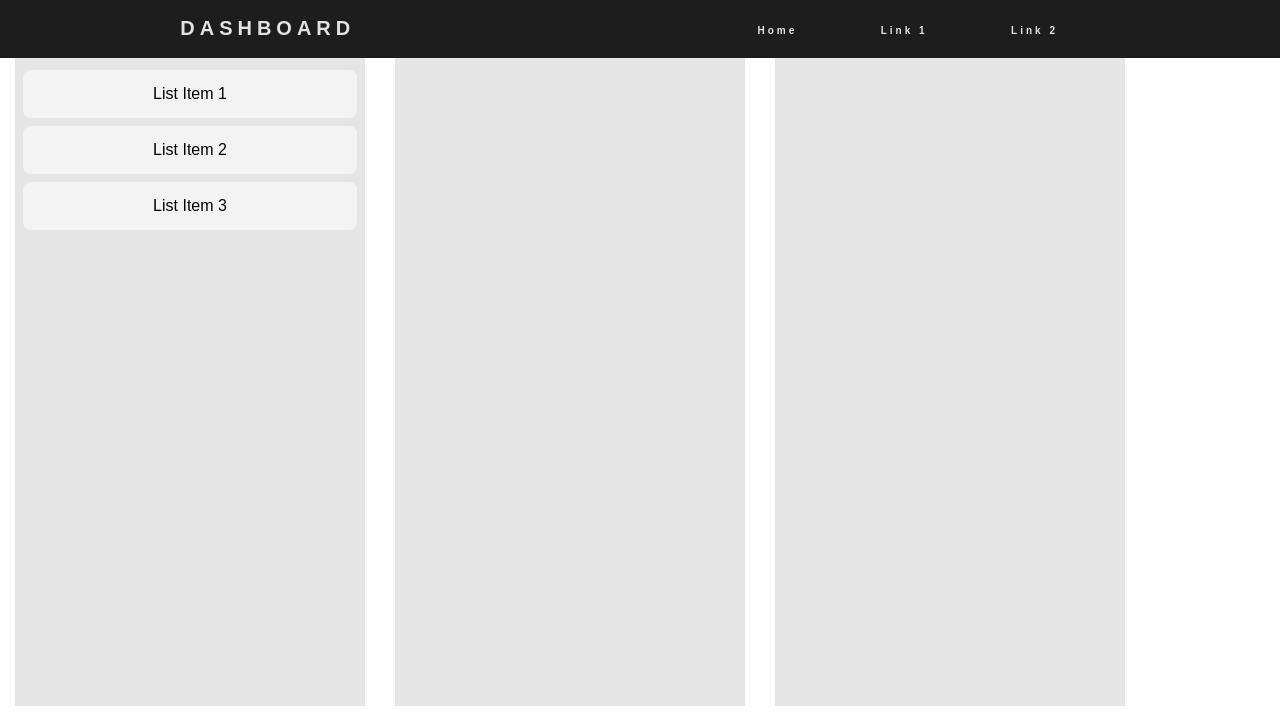
Repository: nourabdelhakam/drag-drop
Page: index.html
The author's editor kept a copy of each file at every save. The page is drawn from the files as they stood at one save, then again after the next save.
The browser window is 1280 px wide. The pictures show the whole page.

Above is the page before, as saved 2020-07-03 07:49:20.

### index.html
<!DOCTYPE html>
<html lang="en">
<head>
    <meta charset="UTF-8">
    <meta name="viewport" content="width=device-width, initial-scale=1.0">
    <meta http-equiv="X-UA-Compatible" content="ie=edge">
    <title>Drag & Drop</title>
    <link rel="stylesheet" href="nav/nav.css">
    <link rel="stylesheet" href="css/main.css">
</head>
<body>

    <!-- <nav> -->
        <nav>
            <div class="logo">
                <h4>Dashboard</h4>
            </div>
            <ul class="nav-links">
                <li><a href="">Home</a></li>
                <li><a href="">Link 1</a></li>
                <li><a href="">Link 2</a></li>
            </ul>
            <div class="burger">
                <div class="line1"></div>
                <div class="line2"></div>
                <div class="line3"></div>
            </div>
        </nav>
      <!-- </nav> end of nav -->

      <div class="container">
          <div class="lists">
              <div class="list">
                  <div class="list-item" draggable="true">List Item 1</div>
                  <div class="list-item" draggable="true">List Item 2</div>
                  <div class="list-item" draggable="true">List Item 3</div>
              </div>
              <div class="list"></div>
              <div class="list"></div>
          </div>
      </div>


    <script src="main.js" type="text/javascript"></script>
    <script src="nav/nav.js" type="text/javascript"></script>
</body>
</html>

### nav/nav.css
nav {
    display: flex;
    justify-content: space-around;
    align-items: center;
    min-height: 8vh;
    background-color: #1D1D1D;
    font-family: "Poppins", sans-serif;
}
.logo {
    color: rgb(226, 226, 226);
    text-transform: uppercase;
    letter-spacing: 5px;
    font-size: 20px;
}
.nav-links {
    display: flex;
    justify-content: space-around;
    width: 30%;
}
.nav-links li {
    list-style: none;
}
.nav-links a {
    color: rgb(226, 226, 226);
    text-decoration: none;
    letter-spacing: 3px;
    font-weight: bold;
    font-size: 10px;
}
.burger {
    display: none;
    cursor: pointer;
}
.burger div {
    width: 25px;
    height: 3px;
    background-color: rgb(226, 226, 226);
    margin: 5px;
    transition: all 0.3s ease;
}


@media screen and (max-width:1024px) {
    .nav-links {
        width: 60%;
    }
}

@media screen and (max-width:768px) {

    body {
        overflow-x: hidden;
    }
    .nav-links {
        position: absolute;
        right: 0px;
        height: 92vh;
        top: 8vh;
        background-color: #1D1D1D;
        display: flex;
        flex-direction: column;
        align-items: center;
        width: 50%;
        transform: translatex(100%);
        transition: transform 0.5s ease-in;
    }
    .nav-links li {
        opacity: 0;
    }
    .burger {
        display: block;
    }
}

.nav-active {
    transform: translatex(0%);
}

@keyframes navLinkFade {
    from {
        opacity: 0;
        transform: translatex(50%);
    }
    to {
        opacity: 1;
        transform: translatex(0%);
    }
}

.toggle .line1 {
    transform: rotate(-45deg) translate(-5px, 6px);
}
.toggle .line2 {
    opacity: 0;
}
.toggle .line3 {
    transform: rotate(45deg) translate(-5px, -6px);
}

.landing {
    height: 90vh;
    display: flex;
    justify-content: center;
    align-items: center;
}
.landing h1 {
    margin: 100px;
    font-size: 50px;
    color: #ae5fce;
}

### css/main.css
* {
    margin: 0;
    padding: 0;
    box-sizing: border-box;
}
body {
    font-family: Arial, Helvetica, sans-serif;
}
.container {
    display: flex;
    flex-flow: column;
    width: 90vw;
    height: 90vh;
}
.lists {
    display: flex;
    flex: 1;
    width: 100%;
    /* overflow: scroll; */
}
.lists .list {
    display: flex;
    flex-flow: column;
    flex: 1;

    width: 100%;
    min-width: 250px;
    max-width: 350px;
    height: 100%;
    min-height: 150px;

    background-color: rgba(0, 0, 0, 0.1);
    margin: 0 15px;
    padding: 8px;
    transition: all 0.2s linear;
}
.lists .list .list-item {
    background-color: #F3F3F3;
    border-radius: 8px;
    padding: 15px 20px;
    text-align: center;
    margin: 4px 0;
}

### main.js
const list_items = document.querySelectorAll('.list-item');
const lists = document.querySelectorAll('.list');

let draggedItem = null;

for (let i = 0; i < list_items.length; i++) {
	const item = list_items[i];

	item.addEventListener('dragstart', function () {
		draggedItem = item;
		setTimeout(function () {
			item.style.display = 'none';
		}, 0)
	});

	item.addEventListener('dragend', function () {
		setTimeout(function () {
			draggedItem.style.display = 'block';
			draggedItem = null;
		}, 0);
	})

	for (let j = 0; j < lists.length; j ++) {
		const list = lists[j];

		list.addEventListener('dragover', function (e) {
			e.preventDefault();
		});

		list.addEventListener('dragenter', function (e) {
			e.preventDefault();
			this.style.backgroundColor = 'rgba(0, 0, 0, 0.2)';
		});

		list.addEventListener('dragleave', function (e) {
			this.style.backgroundColor = 'rgba(0, 0, 0, 0.1)';
		});

		list.addEventListener('drop', function (e) {
			console.log('drop');
			this.append(draggedItem);
			this.style.backgroundColor = 'rgba(0, 0, 0, 0.1)';
		});
	}
}

### nav/nav.js
const navSlide = () => {
    const burger = document.querySelector('.burger');
    const nav = document.querySelector('.nav-links');
    const navLinks = document.querySelectorAll('.nav-links li');


    burger.addEventListener('click', () => {

        //Toggle Nav
        nav.classList.toggle('nav-active');

        //Animate Links
        navLinks.forEach((link, index) => {

            if (link.style.animation) {
                link.style.animation = '';
            } else {
                link.style.animation = `navLinkFade 0.5s ease forwards ${index / 7 + 0.3}s`;
            }

        });

        //Burger Animation
        burger.classList.toggle('toggle');
    });

}

navSlide();

After the next save:
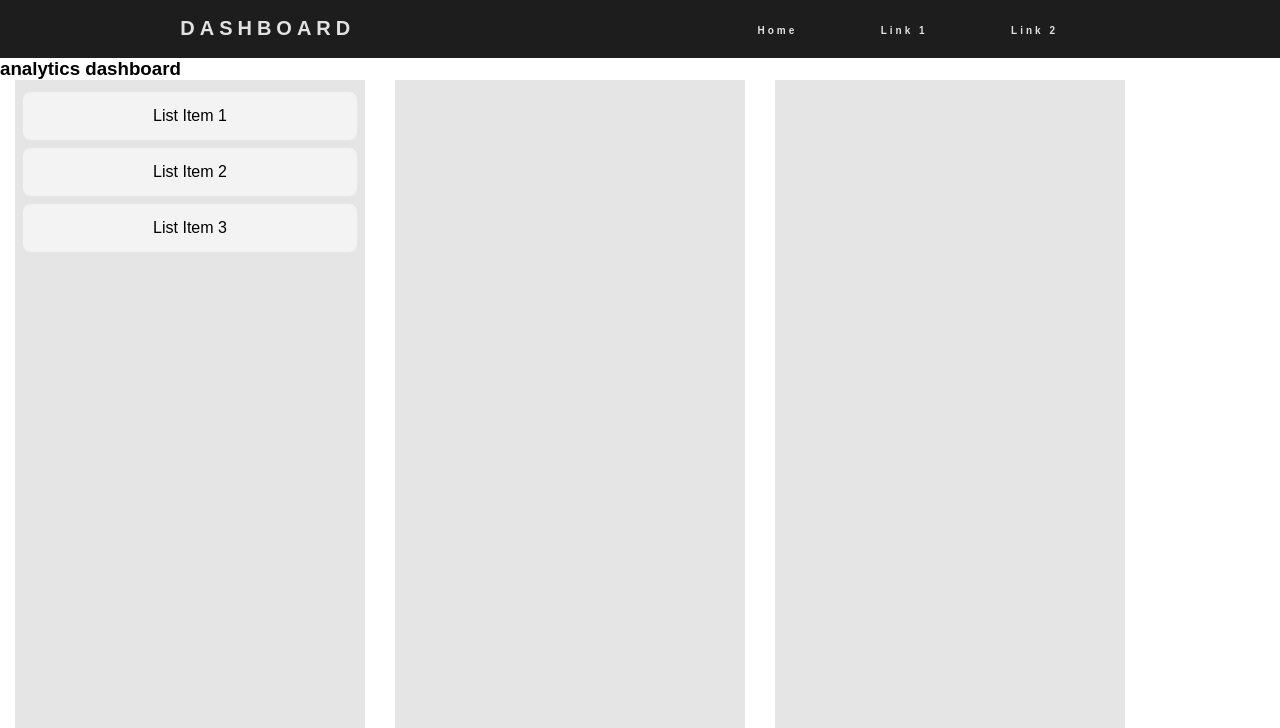
Saved 3 min 19 s later.
--- a/index.html
+++ b/index.html
@@ -28,6 +28,10 @@
         </nav>
       <!-- </nav> end of nav -->
 
+      <section>
+          <h3>analytics dashboard </h3>
+      </section>
+
       <div class="container">
           <div class="lists">
               <div class="list">
